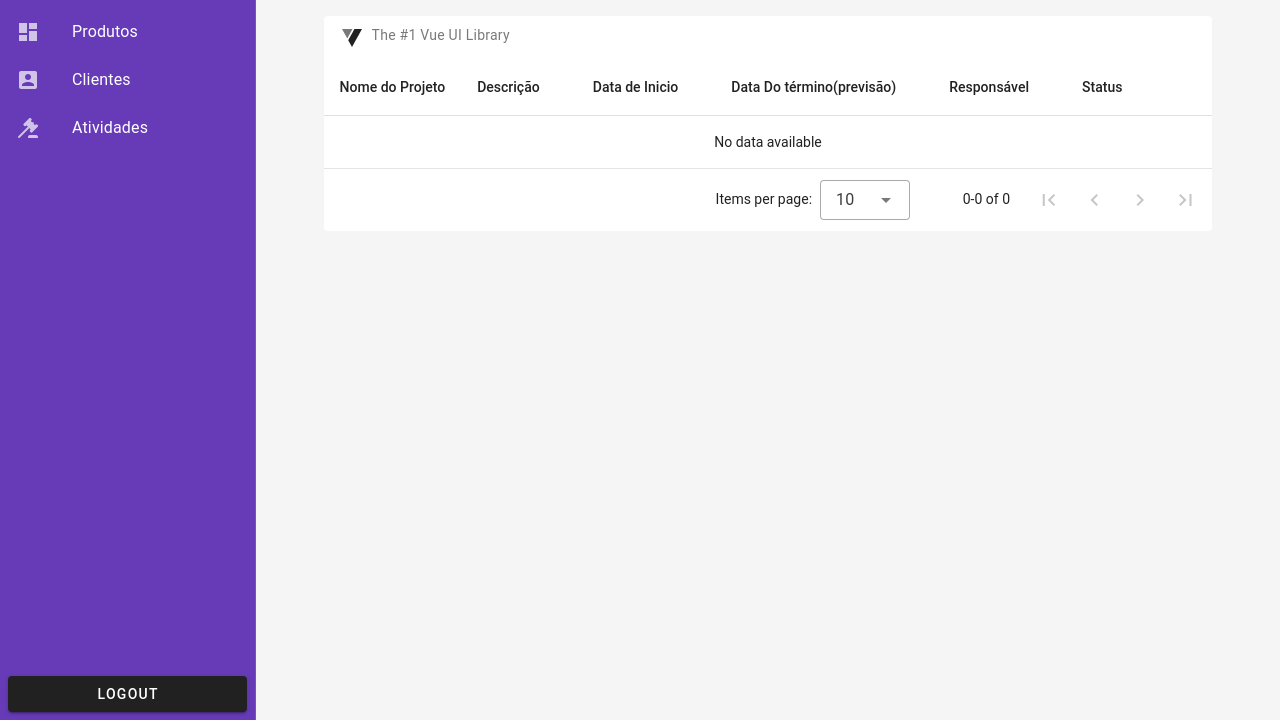
Repository: NtiSilva/Front_AG
Page: /products
An editor plug-in stored every save of this project. The page is shown before and after the next save, followed by the edit.
The browser window is 1280 px wide. The pictures show the whole page.
The page's requests for data from a server got no answer. The project was rebuilt for these pictures with package versions that can differ from the ones it lists, and the page was loaded fresh each time. No one was signed in, and anything a server would have sent is missing. Also part of the build but not shown: vite.config.mjs, src/components/Alert.vue, src/components/Atividades/FormActivities.vue, src/components/Atividades/index.vue, src/components/Clientes/FormClient.vue, src/components/Dialog.vue, src/components/DialogRemove.vue, src/components/Clientes/ListClients.vue and 8 more.

Above is the page before, as saved 2024-06-19 20:58:26.

After the next save:
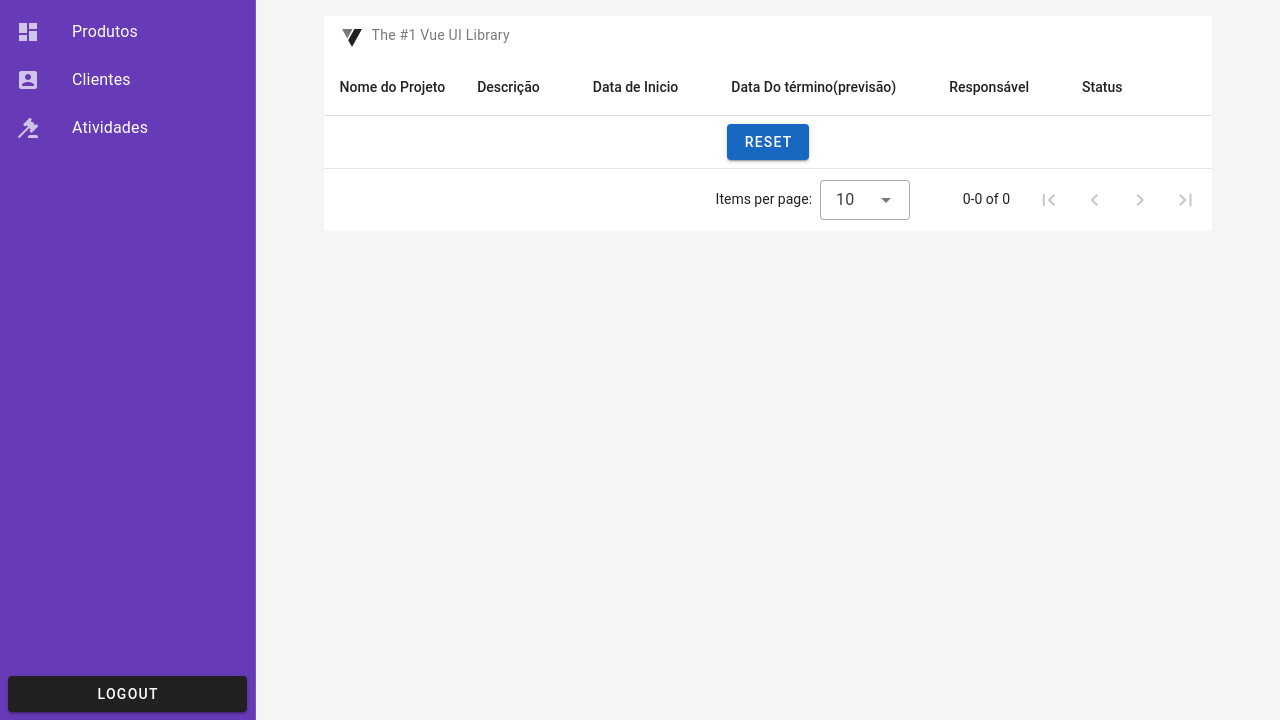
Saved 2 min 11 s later.
--- a/src/pages/Products.vue
+++ b/src/pages/Products.vue
@@ -26,22 +26,29 @@
 
     </template>
 
-    <template v-slot:item.config="{item}">
-      <div class="d-flex align-center justify-center">
-        <v-icon
-        color="green-darken-2"
-        icon="mdi-pencil"
-        size="large"
-        ></v-icon>
-        <v-icon
-        color="green-darken-2"
-        icon="mdi-delete"
-        size="large"
-        @click="deletProject(item)"
-        ></v-icon>
-      </div>
-
-      </template>
+    <template v-slot:item.actions="{ item }">
+      <v-icon
+        class="me-2"
+        size="small"
+        @click="editItem(item)"
+      >
+        mdi-pencil
+      </v-icon>
+      <v-icon
+        size="small"
+        @click="deleteItem(item)"
+      >
+        mdi-delete
+      </v-icon>
+    </template>
+    <template v-slot:no-data>
+      <v-btn
+        color="primary"
+        @click="initialize"
+      >
+        Reset
+      </v-btn>
+    </template>
   </v-data-table>
   </v-card>
   </v-container>
